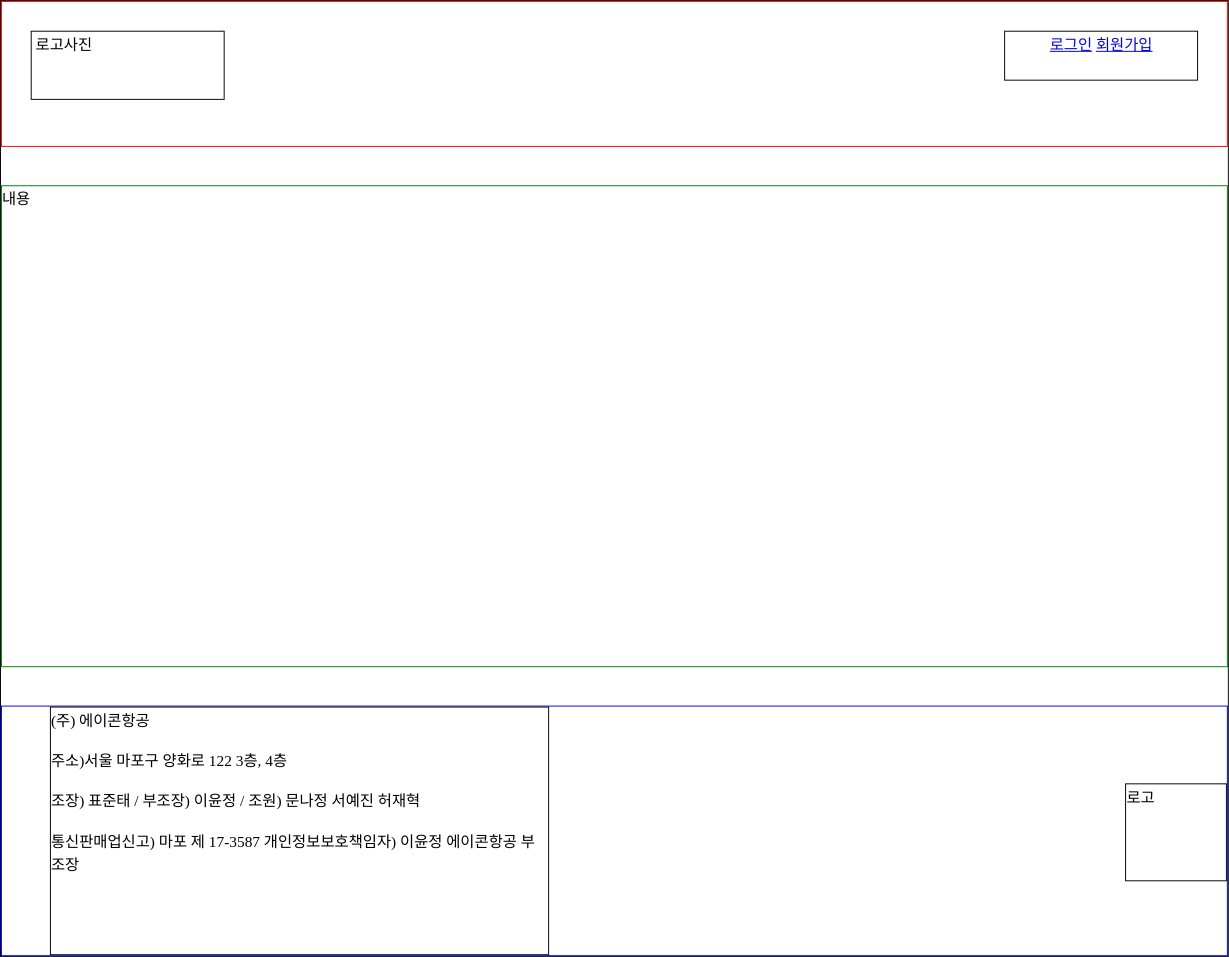
Repository: juntae710/Acorn_AirlineReservation_Project
Page: http://localhost/prj3_1/WEB-INF/views/h_index.jsp
An editor plug-in stored every save of this project. The page is shown before and after the next save, followed by the edit.
The browser window is 1280 px wide. The pictures show the whole page, at 96% of full size.
The page is served by Tomcat 9. Nobody is signed in. Other server files are loaded and not shown. The template is opened directly, without the code that normally fills it, so the values that code supplies are empty.

Above is the page before, as saved 2023-09-20 01:19:45.

### Eclipse/prj3_1/src/main/webapp/WEB-INF/views/h_index.jsp
<%@ page language="java" contentType="text/html; charset=UTF-8" pageEncoding="UTF-8"%>
<!DOCTYPE html>
<html>
<head>
<meta charset="UTF-8">
<title>Insert title here</title>
<style>
* {
	margin: 0;
}

main {
	border: 1px solid black;
}

header {
	border: 1px solid red;
	height: 150px;
	display: flex;
	position: relative;
}

.headerimg {
	width: 200px;
	height: 70px;
	border: 1px solid black;
	position: absolute;
	left: 30px;
	top: 30px;
}

.headerAtag {
	width: 200px;
	height: 50px;
	border: 1px solid black;
	position: absolute;
	right: 30px;
	top: 30px;
	text-align: center;
}

section {
	border: 1px solid green;
	height: 500px;
	margin-top: 40px;
}

footer {
	border: 1px solid blue;
	height: 259px;
	margin-top: 40px;
	margin-bottom: 0px;
	display: flex;
}


.footer_info{
border: 1px solid black;
margin-left: 50px;
width: 1000px;


}
.footer_img{
border: 1px solid black;
width: 200px;
height: 100px;
margin-left: 600px;
margin-top: 80px;
}
</style>
</head>
<body>
	<main>
		<header>
			<div class="headerimg">
				<img src="" alt=""> 로고사진
			</div>

			<%
			String id = (String) session.getAttribute("id");
			%>

			<div class="headerAtag">
				<%
				if (id == null) {
				%>
				<a href="<%=request.getContextPath()%>/h_login">로그인</a>
				<%
				%>
				<a href="<%=request.getContextPath()%>/l_join">회원가입</a>
				<%
				} else {
				%>
				<p>아이디: <%=id%>님 </p>
				<a href="<%=request.getContextPath()%>/h_logOut">로그아웃</a>
				<a href="<%=request.getContextPath()%>/UUA.do">마이페이지</a>

				<%
				}
				%>
			</div>

		</header>

		<section>내용</section>



		<footer>
		<div class="footer_info">(주) 에이콘항공 <br><br>
			 주소)서울 마포구 양화로 122 3층, 4층 <br><br>
			조장) 표준태 / 부조장) 이윤정 / 조원) 문나정 서예진 허재혁 <br><br>
			통신판매업신고) 마포 제 17-3587 개인정보보호책임자) 이윤정 에이콘항공 부조장
		 </div>
		<div class="footer_img"><img alt="" src="">로고</div>
		</footer>
	</main>
</body>
</html>

After the next save:
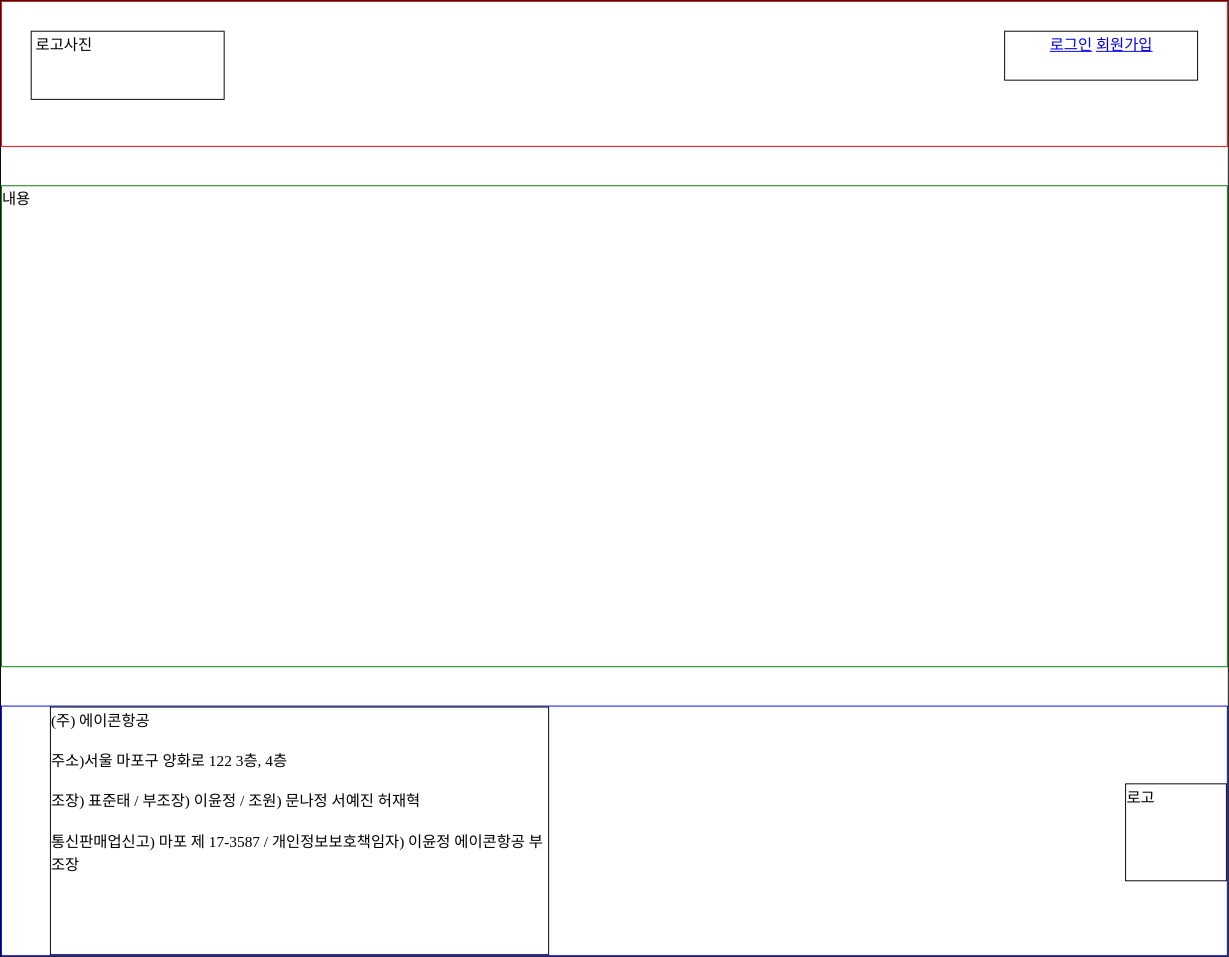
Saved 10 s later.
--- a/Eclipse/prj3_1/src/main/webapp/WEB-INF/views/h_index.jsp
+++ b/Eclipse/prj3_1/src/main/webapp/WEB-INF/views/h_index.jsp
@@ -111,7 +111,7 @@
 		<div class="footer_info">(주) 에이콘항공 <br><br>
 			 주소)서울 마포구 양화로 122 3층, 4층 <br><br>
 			조장) 표준태 / 부조장) 이윤정 / 조원) 문나정 서예진 허재혁 <br><br>
-			통신판매업신고) 마포 제 17-3587 개인정보보호책임자) 이윤정 에이콘항공 부조장
+			통신판매업신고) 마포 제 17-3587 / 개인정보보호책임자) 이윤정 에이콘항공 부조장
 		 </div>
 		<div class="footer_img"><img alt="" src="">로고</div>
 		</footer>
